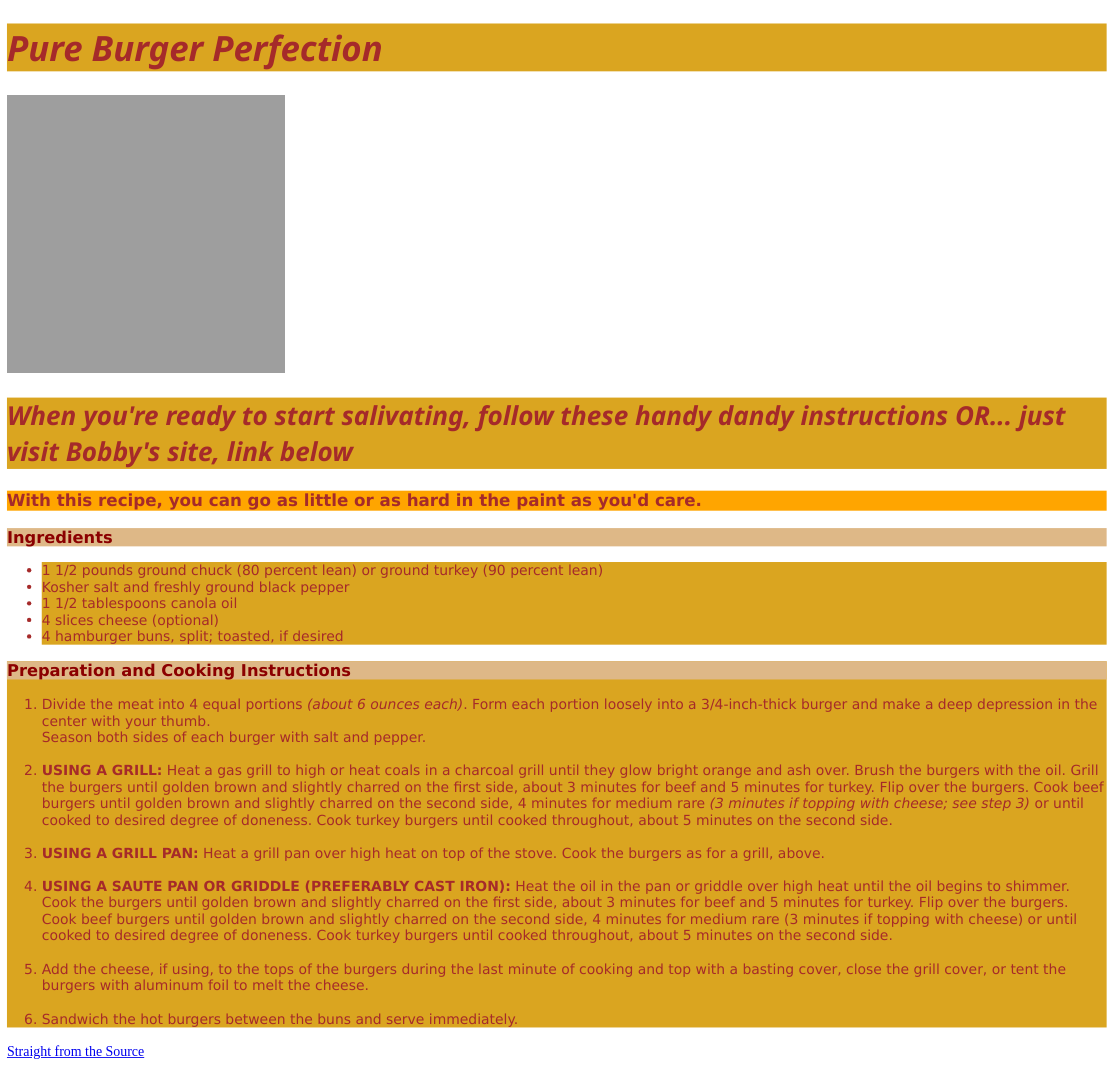
Repository: Spencertainty/practice-time
Page: member-spencer-odin-recipes/recipes/hamburgers.html
The author's editor kept a copy of each file at every save. The page is drawn from the files as they stood at one save, then again after the next save.
The browser window is 1280 px wide. The pictures show the whole page, at 87% of full size.
Pictures or frames that could not be fetched are drawn as grey boxes.

Above is the page before, as saved 2024-01-10 15:55:35.

### member-spencer-odin-recipes/recipes/hamburgers.html
<!DOCTYPE html>
<!--[if lt IE 7]>      <html class="no-js lt-ie9 lt-ie8 lt-ie7"> <![endif]-->
<!--[if IE 7]>         <html class="no-js lt-ie9 lt-ie8"> <![endif]-->
<!--[if IE 8]>         <html class="no-js lt-ie9"> <![endif]-->
<!--[if gt IE 8]>      <html class="no-js"> <!--<![endif]-->
<html>
    <head>
        <meta charset="utf-8">
        <meta http-equiv="X-UA-Compatible" content="IE=edge">
        <title>hamburgers</title>
        <meta name="description" content="">
        <meta name="viewport" content="width=device-width, initial-scale=1">
        <link rel="stylesheet" href="burger.css">
    </head>

    <body>
        <!--[if lt IE 7]>
            <p class="browsehappy">You are using an <strong>outdated</strong> browser. Please <a href="#">upgrade your browser</a> to improve your experience.</p>
        <![endif]-->
        <h1><b>Pure Burger Perfection</b></h1>

<img src="../links-and-images/Cheeseburger.jpg" alt="the perfect burger" height="320" width="320">
<br>
<h2><em>When you're ready to start salivating, follow these handy dandy instructions</em> OR... just visit Bobby's site, link below</h2>
<p>With this recipe, you can go as little or as hard in the paint as you'd care.</p>
<h3>Ingredients</h3>
<ul>
    <div>
    <li>1 1/2 pounds ground chuck (80 percent lean) or ground turkey (90 percent lean) </li>
    <li>Kosher salt and freshly ground black pepper</li>
    <li>1 1/2 tablespoons canola oil</li>
    <li>4 slices cheese (optional)</li>
    <li>4 hamburger buns, split; toasted, if desired</li>
</div>
</ul>
<div>
<h3>Preparation and Cooking Instructions</h3>
<ol>
    <li>Divide the meat into 4 equal portions <em>(about 6 ounces each)</em>. Form each portion loosely into a 3/4-inch-thick burger and make a deep depression in the center with your thumb.
        <br>Season both sides of each burger with salt and pepper.</br></li>
    <p>

    </p><li><strong> USING A GRILL:</strong> Heat a gas grill to high or heat coals in a charcoal grill until they glow bright orange and ash over.
        Brush the burgers with the oil. Grill the burgers until golden brown and slightly charred on the first side, about 3 minutes for beef and 5 minutes for turkey.
        Flip over the burgers. Cook beef burgers until golden brown and slightly charred on the second side, 4 minutes for medium rare <em>(3 minutes if topping with cheese; see step 3)</em> or until cooked to desired degree of doneness.
        Cook turkey burgers until cooked throughout, about 5 minutes on the second side.</li>
    <p>    <li><b>USING A GRILL PAN:</b> Heat a grill pan over high heat on top of the stove. Cook the burgers as for a grill, above.</li></p>
    <li><strong> USING A SAUTE PAN OR GRIDDLE (PREFERABLY CAST IRON):</strong> Heat the oil in the pan or griddle over high heat until the oil begins to shimmer. Cook the burgers until golden brown and slightly charred on the first side, about 3 minutes for beef and 5 minutes for turkey.
        Flip over the burgers. Cook beef burgers until golden brown and slightly charred on the second side, 4 minutes for medium rare (3 minutes if topping with cheese) or until cooked to desired degree of doneness. Cook turkey burgers until cooked throughout, about 5 minutes on the second side.</li>
        <p><li>Add the cheese, if using, to the tops of the burgers during the last minute of cooking and top with a basting cover, close the grill cover, or tent the burgers with aluminum foil to melt the cheese.</p></li>
    <p><li>Sandwich the hot burgers between the buns and serve immediately.</li>        </p>
    </ol>
</div>
        <a href="https://www.foodnetwork.com/recipes/bobby-flay/perfect-burger-recipe-1957542" target="_blank" rel="noopener noreferrer">Straight from the Source</a>
        <script src="" async defer></script>

    </body>
</html>

### member-spencer-odin-recipes/recipes/burger.css
/* Apply Font Color to Title */

div {
    color: brown;
    background-color: goldenrod;
    text-align: left;
    font-family: Verdana, Geneva, Tahoma, sans-serif;
}

h1 {
    font-style: italic;
    font-family: 'Segoe UI', Tahoma, Geneva, Verdana, sans-serif;
    color: brown;
    font-size: 40px;
    background-color: goldenrod;
}

h2 {font-style: italic;
    font-family: 'Segoe UI', Tahoma, Geneva, Verdana, sans-serif;
    color: brown;
    font-size: 30px;
    background-color: goldenrod;
}
h3 {
    font-family: 'Lucida Sans', 'Lucida Sans Regular', 'Lucida Grande', 'Lucida Sans Unicode', Geneva, Verdana, sans-serif;
    color: darkred;
    background-color: burlywood;

}

p {font-family: 'Lucida Sans', 'Lucida Sans Regular', 'Lucida Grande', 'Lucida Sans Unicode', Geneva, Verdana, sans-serif;
    color: brown;
    background-color: orange;
    font-weight: bolder;
    font-size: larger;
}

After the next save:
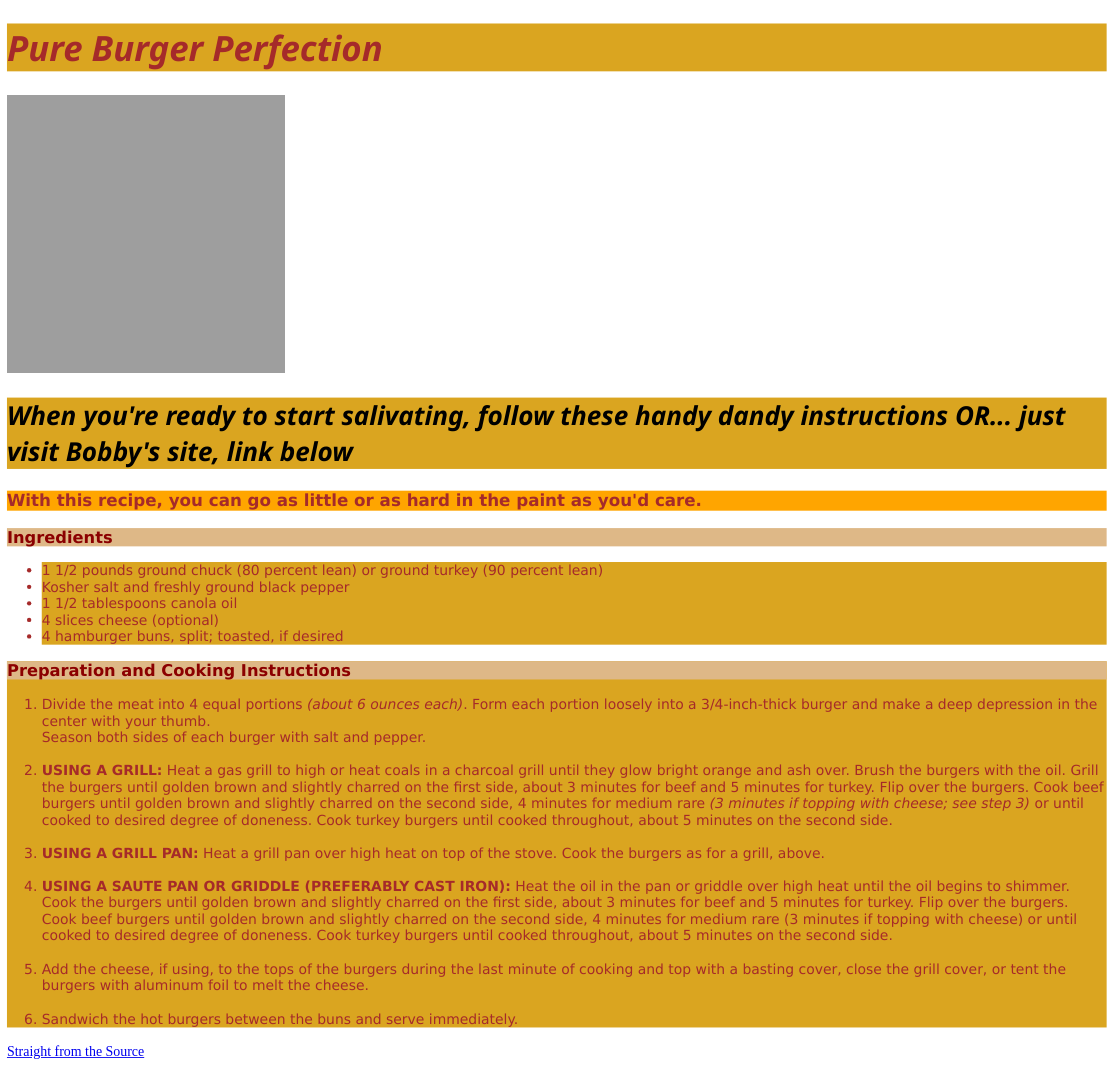
Saved 9 s later.
--- a/member-spencer-odin-recipes/recipes/burger.css
+++ b/member-spencer-odin-recipes/recipes/burger.css
@@ -17,7 +17,7 @@ h1 {
 
 h2 {font-style: italic;
     font-family: 'Segoe UI', Tahoma, Geneva, Verdana, sans-serif;
-    color: brown;
+    color: black;
     font-size: 30px;
     background-color: goldenrod;
 }
